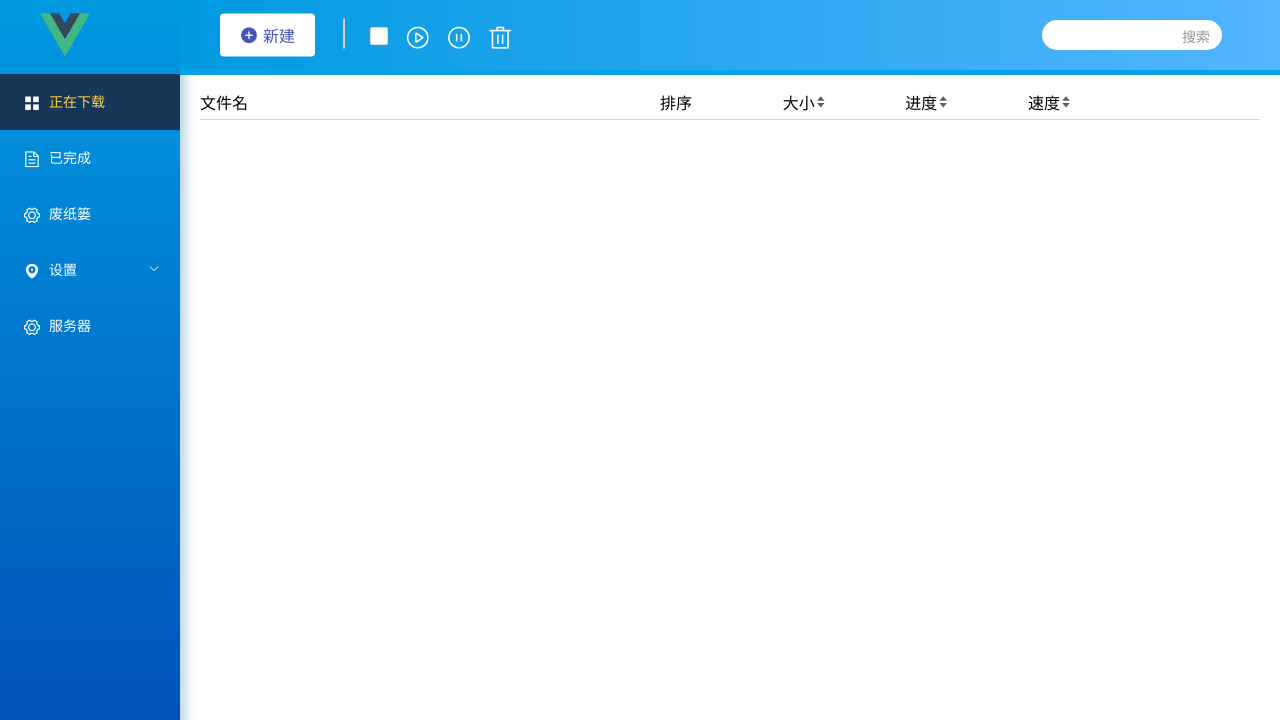
Repository: Ahui-qn/Aria2
Page: /
These files come from the project's save history. The page is drawn as it stood at one moment and after the next save; the edit follows.
The browser window is 1280 px wide. The pictures show the whole page.
The page's requests for data from a server got no answer. The project was rebuilt for these pictures with package versions that can differ from the ones it lists, and the page was loaded fresh each time. No one was signed in, and anything a server would have sent is missing. Also part of the build but not shown: src/components/Tables.vue.

Above is the page before, as saved 2021-11-03 11:27:51.

After the next save:
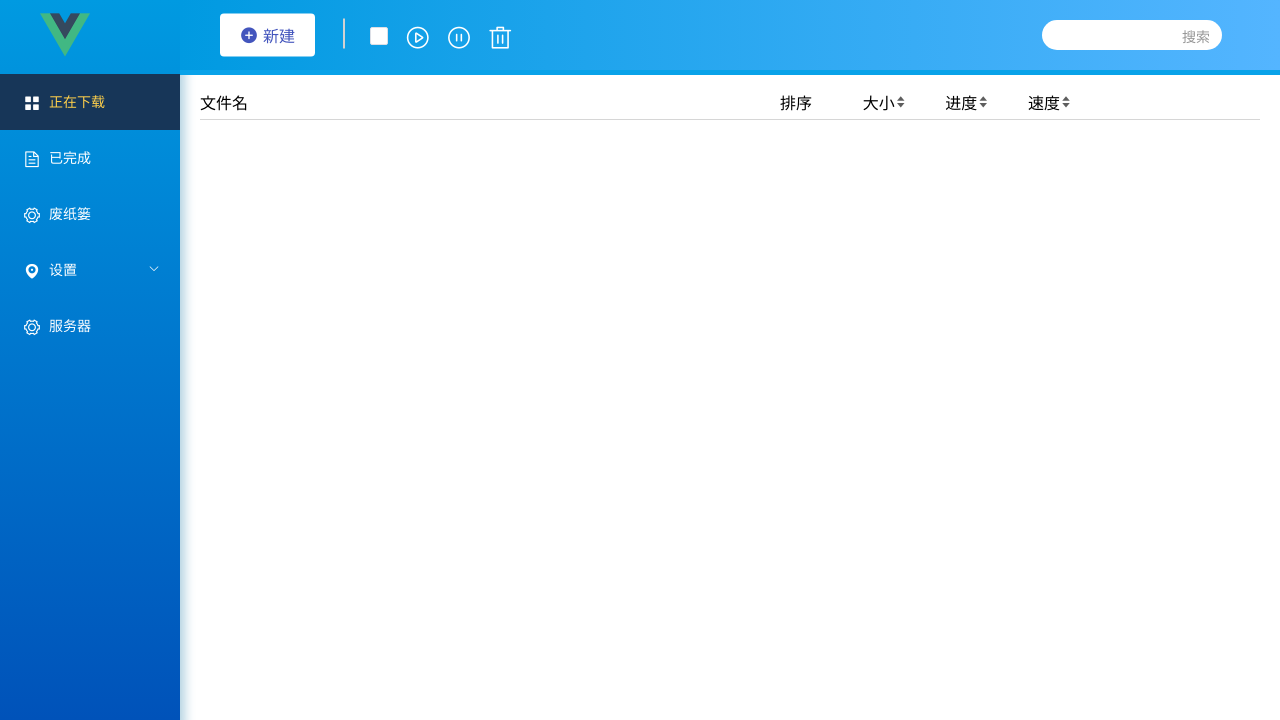
Saved 11 s later.
--- a/src/components/Header.vue
+++ b/src/components/Header.vue
@@ -9,7 +9,7 @@
             float: right;
             margin-right:200px ;
             display: flex;
-            width: 400px;
+            width: 280px;
             justify-content: space-between;
             div {
                 position: relative;
